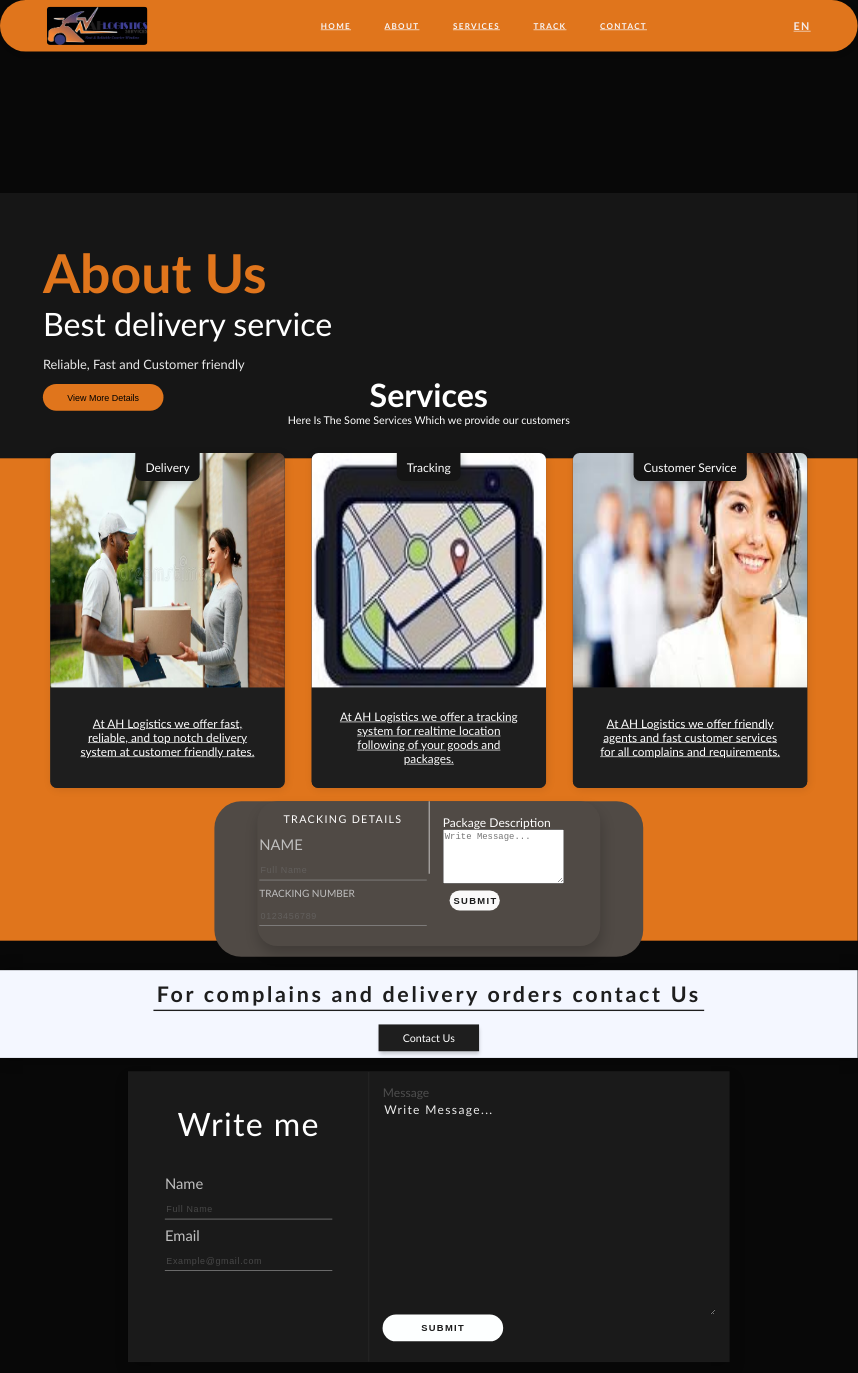
Repository: TheSecretlifeOfX/Ah-Logistics
Page: index.html
These files come from the project's save history. The page is drawn as it stood at one moment and after the next save; the edit follows.
The browser window is 1280 px wide. The pictures show the whole page, at 67% of full size.

Above is the page before, as saved 2022-03-02 16:34:31.

### index.html
<html>
<head>
<meta charset="utf-8">
<meta http-equiv="X-UA-Compatible" content="IE-edge">
<meta name="viewport" content="width=device-width, intial-scale=1.0">
<title>Logistics Website</title>
<link rel="stylesheet" href="./css/home.css">
</head>
<body>
<section id="main">
	<nav>
	<a href="#" class="logo"><img src="images/logo.jpg"></a>
	<div class="toggle"></div>
	<ul class="menu">
	<li class="active"><a href="#main" >Home</a></li>
	<li><a href="#about">About</a></li>
	<li><a href="#services">Services</a></li>
	<li><a href="#Tracking-Form">Track</a></li>
    <li><a href="#contact-form">Contact</a></li>
	</ul>
	<a href="#" class="lang">En</a>
	</nav>
    </section>
</div>
<section id="about">
	<div class="about-text">
	<h1>About Us</h1>
	<h2>Best delivery service</h2>
	<p>Reliable, Fast and Customer friendly</p>
	<button>View More Details</button>
	</div>
</section>
<section id="services">
<div class="s-heading">
<h1>Services</h1>
<p>Here Is The Some Services Which we provide our customers</p>
</div>
<div class="b-container">
<div class="s-box">
<div class="s-b-img">
    <div class="s-type">Delivery</div>
    <img src="images/delivery.jpg">
</div>
<div class="s-b-text">
<a href="#">At AH Logistics we offer fast, reliable, and top notch delivery system at customer friendly rates.</a>
</div>
</div>
<div class="s-box">
<div class="s-b-img">
    <div class="s-type">Tracking</div>
    <img src="images/track.jpg">
</div>
<div class="s-b-text">
<a href="#">At AH Logistics we offer a tracking system for realtime location following of your goods and packages.</a>
</div>
</div>
<div class="s-box">
<div class="s-b-img">
    <div class="s-type">Customer Service</div>
    <img src="images/customer.jpg">
</div>
<div class="s-b-text">
<a href="#">At AH Logistics we offer friendly agents and fast customer services for all complains and requirements.</a>
</div>
</div>
</div>
</div>
<section id="Tracking-Form">
	<form>
	<!--left--------------------------------------->
	<div class="Track-left">
	<h1 class="T-heading">Tracking Details</h1>
	<div class="f-name">
	<font >Name</font>
	<input type="text" placeholder="Full Name"/>
	</div>
	<div class="f-num">
	<font >Tracking Number</font>
	<input type="Number" placeholder="0123456789"/>
	</div>
	</div>
	<div class="Track-right">

	<div class="Description">
	<font >Package Description</font>
	<textarea name="message" rows="5" cols="20" placeholder="Write Message..."></textarea>
	<button>Submit</button>
	</div>
	</form>
	</section>
<section id="contact-btn">
	<h1 class="c-b-heading">For complains and delivery orders contact Us</h1>
		<button >Contact Us</button>
	</section>
<!--contact-form------------------->
<section id="contact-form">
<form>
<!--left--------------------------------------->
<div class="contact-left">
<h1 class="c-l-heading">Write me</h1>
<div class="f-name">
<font >Name</font>
<input type="text" placeholder="Full Name"/>
</div>
<div class="f-email">
<font >Email</font>
<input type="email" placeholder="Example@gmail.com"/>
</div>
</div>
<div class="contact-right">

<div class="message">
<font >Message</font>
<textarea name="message" rows="5" cols="20" placeholder="Write Message..."></textarea>
<button>Submit</button>
</div>
</form>
</section>
</section>
</body>
</html>

### css/home.css
body{
	margin:0px;
	padding:0px;
	background-color: #080808;
	background-size: 100%;
	min-height: 100vh;
	}
	#main{
		width:100%;
		height: 40vh;
		}
		nav{
			display:flex;
			justify-content: space-between;
			align-items: center;
			text-transform: uppercase;
			font-weight: 600;
			letter-spacing: 2px;
			font-family: calibri;
			top: 0;
			left: 10px;
			width:100%;
			box-sizing: border-box;
			padding: 5px 70px;
			background-color:#e0751c;
			box-shadow:2px 2px 12px rgba(0,0,0,0.05);
			z-index: 1;
			border-radius: 50px;
			}
			.menu{
			display: flex;

			}
			.menu li a{
			padding: 10px 25px;
			color:#f8f8fa;
			font-size: 12px;
			display:inline-block;
			}
			li{display:inline-block}
			.lang{
			color:#f3ecec;
			}
			.logo > img {
				width: 100%;
				height: 100%;
				max-width: 150px;
				display: flex;
				justify-content: center;
				align-items: center;
				text-align: center;
				margin-left: 0px;
				border-radius: 5px;
				 }
			.toggle{
			display: none;
			}
			.menu li a:hover{
			background-color:#292929;
			color:#FFF!important;
			font-weight: bold;
			transition: all ease 0.4s;
			}
			.lang:hover{
				background-color:#292929;
			color:#FFF!important;
			font-weight: bold;
			transition: all ease 0.4s;
			}
			#about{
				width:100%;
				height: 55vh;
				background-color:#161616;
				box-sizing: border-box;
				display: flex;
				align-items: center;
				justify-content: space-between;
				padding: 0px 5% 0px 5%;
			}
			.about-text{
				font-family: calibri;
				width: 50%;
			}
			.about-text h1{
				font-size: 5rem;
				color:#e0751c;
			}
			.about-text h2{
				font-size: 3rem;
				color:#FFFFFF;
				font-weight: 400;
			}
			.about-text h1,h2{
				margin: 0px;
				padding: 0px;
			}
			.about-text p{
				font-size: 1.2rem;
				color:rgba(255,255,255,0.90);

			}
			.about-text button{
				width: 180px;
				height: 40px;
				border-radius: 20px;
				border: none;
				outline: none;
				background-color:#e0751c;
			}
			.about-text button:hover{
				background-color: #FFFFFF;
				transition: all ease 0.3s;
			}
			#services{
				width:100%;
			height:100vh;
			box-sizing: border-box;
			font-family: calibri;
			display: flex;
			flex-direction: column;
			align-items: center;
			justify-content: center;
			padding-top: 500px ;
			background-color:#e0751c;
		}

		.s-heading h1{
			color:#FFFFFF;
			font-size: 3rem;
			margin: 0px;
			padding: 0px;

		}
		.s-heading p{
			color:rgb(255, 255, 255);
			font-size: 1rem;
			margin: 0px;
			padding: 0px;
		}
		.s-heading{
			text-align: center;
			margin: 20px 0px;
		}
		.s-box{
			background-color: #2B2B2B;
			width:350px;
			height: 500px;
			margin: 20px;
			border-radius: 10px;
			overflow: hidden;
			box-shadow: 2px 2px 12px rgba(0,0,0,0.1);
			position: relative;
		}
		.b-container{
			display: flex;
			justify-content: center;
			align-content: center;


		}
		.s-b-img{
			width: 100%;
			height: 70%;

		}
		.s-b-img img{
			width:100%;
			height: 100%;

		}
		.s-b-text{
			width: 100%;
			height: 30%;
			background-color:#1E1E1E;
			display:flex;
			justify-content: center;
			align-items: center;
			text-align: center;
		}
		.s-b-text a{
			margin: 0px;
			color:#FFFFFF;
			font-size: 1.1rem;
			font-family: calibri;
			display: block;
			display: -webkit-box;
			max-width: 80%;
			-webkit-line-clamp: 4;
			-webkit-box-orient: vertical;
			overflow: hidden;
			text-overflow: ellipsis;
		}
		.s-b-text a:hover{
			color:rgba(255,255,255,0.50)
		}
		.s-type{
			font-family: calibri;
			color:#FFFFFF;
			background-color: #151515;
			padding: 10px 15px;
			position: absolute;
			top: 0px;
			left: 50%;
			transform: translateX(-50%);
			font-size: 18px;
			border-radius: 0px 0px 10px 10px;
			box-shadow: 2px 2px 12px rgba(0,0,0,0.2);
		}
		.s-box:hover{
			transform:translateY(-10px);
			transition: all ease 0.3s;

		}
		#Tracking-Form{
			width: 50%;
			height: 100vh;
			display: flex;
			justify-content: center;
			align-items: center;
			background-color:#504a45;
			border-radius: 40px;
		}
		#Tracking-Form form{
			display: flex;
			width: 80%;
			height: 30vh;
			background-color: #504a45;
			box-shadow: 2px 12px 20px rgba(0,0,0,0.2);
			border-radius: 30px
		}
		.Track-left{
			width: 80%;
			height: 50%;
			display: flex;
			flex-direction: column;
			align-items: center;
			text-transform: uppercase;
		}
		.Track-right{
			width: 80%;
			height: 50%;
			box-sizing: border-box;
			display: flex;
			flex-direction: column;
			justify-content: space-between;
			border-left: 1px solid rgba(255, 255, 255, 0.979);
		}
		.Track-right button{
			width: 35%;
			height: 30px;
			background-color: #faf9f9;
			font-weight: bold;
			outline: none;
			border: none;
			margin: 10px;
			color:#1B1B1B;
			font-size: 14px;
			text-transform: uppercase;
			letter-spacing: 2px;
			border-radius: 40px;
		}
		.Track-right button:hover{
			background-color: #e0751c;
			transition: all ease 0.3s;
		  }

		.T-Heading{
			font-family: calibri;
			color:#fffefe;
			font-size: 1rem;
			letter-spacing: 2px;
			font-weight: 400;
		}
		.f-name,.f-num{
			display: flex;
			flex-direction: column;
			font-family: calibri;
		}
		.f-name font,.f-num font{
			color:#BFBFBF;
			font-size: 15px;
		}
		.f-name input,.f-num input{
			height: 30px;
			width:250px;
			border: none;
			outline: none;
			background-color:transparent;
			border-bottom: 1px solid #929292;
			color:#FFFFFF;
			margin: 10px 0px;
		}
		.f-num input::placeholder,
		.f-name input::placeholder{
			opacity: 0.5;
			letter-spacing: 1px;
		}
		.f-num input:focus,
		.f-num input:focus{
			border-bottom: 1px solid #0d0e0d;
			transition: all ease 0.5s;
		}.Description font{
			font-size: 18px;
			color:#ffffff;
			font-family: calibri;

		}
		.Description{
			margin: 20px;
		}
		#contact-btn{
			width: 100%;
			display: flex;
			flex-direction: column;
			justify-content:center;
			align-items: center;
			height: 200px;
			background-color: #F4F7FF;
			margin: 20px 0px;
			box-sizing: border-box;
			box-shadow:2px 0px 20px rgba(0,0,0,0.4);
		}
		.c-b-heading{
			font-size: 2rem;
			color:#1E1E1E;
			font-family: calibri;
			margin: 10px;
			padding: 5px;
			letter-spacing: 4px;
			border-bottom: 2px solid #1E1E1E;

		}
		#contact-btn button{
			color:#FFFFFF;
			font-size: 1rem;
			font-family: calibri;
			width:150px;
			height: 40px;
			margin: 10px;
			background-color: #1E1E1E;
			border: none;
			outline: none;
			box-shadow: 2px 5px 6px rgba(0,0,0,0.2);
		}
		#contact-btn button:hover{
			background-color: #e0751c;
			color:#000000;
			transition: all ease 0.5s;
			font-weight: bold;
		}
		#contact-form{
			width: 100%;
			height: 90vh;
			display: flex;
			justify-content: center;
			align-items: center;

		}
		#contact-form form{
			display: flex;
			width: 70%;
			height: 60vh;
			background-color: #1A1A1A;
			box-shadow: 2px 12px 20px rgba(0,0,0,0.2);
			border: 1px solid rgba(255,255,255,0.01)
		}

		.contact-left{
			width: 40%;
			height: 100%;
			display: flex;
			flex-direction: column;
			align-items: center;
		}
		.contact-right{
			width: 60%;
			height: 100%;
			box-sizing: border-box;
			display: flex;
			flex-direction: column;
			justify-content: space-between;
			border-left: 1px solid rgba(255,255,255,0.08);
		}
		.contact-right button{
			width: 100%;
			height: 50px;
			background-color: #fcfaf9;
			font-weight: bold;
			outline: none;
			border: none;
			margin: 0px;
			color:#1B1B1B;
			font-size: 14px;
			text-transform: uppercase;
			letter-spacing: 2px;
		}
			.contact-right button:hover{
				background-color: #e0751c;
				transition: all ease 0.3s;
			  }

		.c-l-heading{
			font-family: calibri;
			color:#FFFFFF;
			font-size: 3rem;
			letter-spacing: 2px;
			font-weight: 400;

		}
		.f-name,.f-email{
			display: flex;
			flex-direction: column;
			font-family: calibri;

		}
		.f-name font,.f-email font{
			color:#BFBFBF;
			font-size: 22px;
		}
		.f-name input,.f-email input{
			height: 30px;
			width:250px;
			border: none;
			outline: none;
			background-color:transparent;
			border-bottom: 1px solid #929292;
			color:#FFFFFF;
			margin: 10px 0px;
		}
		.f-email input::placeholder,
		.f-name input::placeholder{
			opacity: 0.5;
			letter-spacing: 1px;
		}
		.f-email input:focus,
		.f-name input:focus{
			border-bottom: 1px solid #0d0e0d;
			transition: all ease 0.5s;
		}.message font{
			font-size: 18px;
			color:#4E4E4E;
			font-family: calibri;

		}
		.message{
			margin: 20px;
		}
		.contact-right textarea{
			width: 100% !important;
			height: 320px !important;
			border: none;
			outline: none;
			background-color:transparent;
			box-sizing: border-box;
			color:#EBEBEB;
			font-size: 16px;
		}
		.contact-right textarea::placeholder{
			color:#EBEBEB;
			font-size: 18px;
			letter-spacing: 2px;
			font-family: calibri;
		}
		.contact-right button:active{
			transform: scale(1.04);
			transition: all ease 0.1s;
		}
		.message button{
			width: 180px;
			height: 40px;
			border-radius: 20px;
			border: none;
			outline: none;
			background-color:#fdffff;
		}
		  .message button:hover{
			background-color: #e0751c;
			transition: all ease 0.3s;
		  }

After the next save:
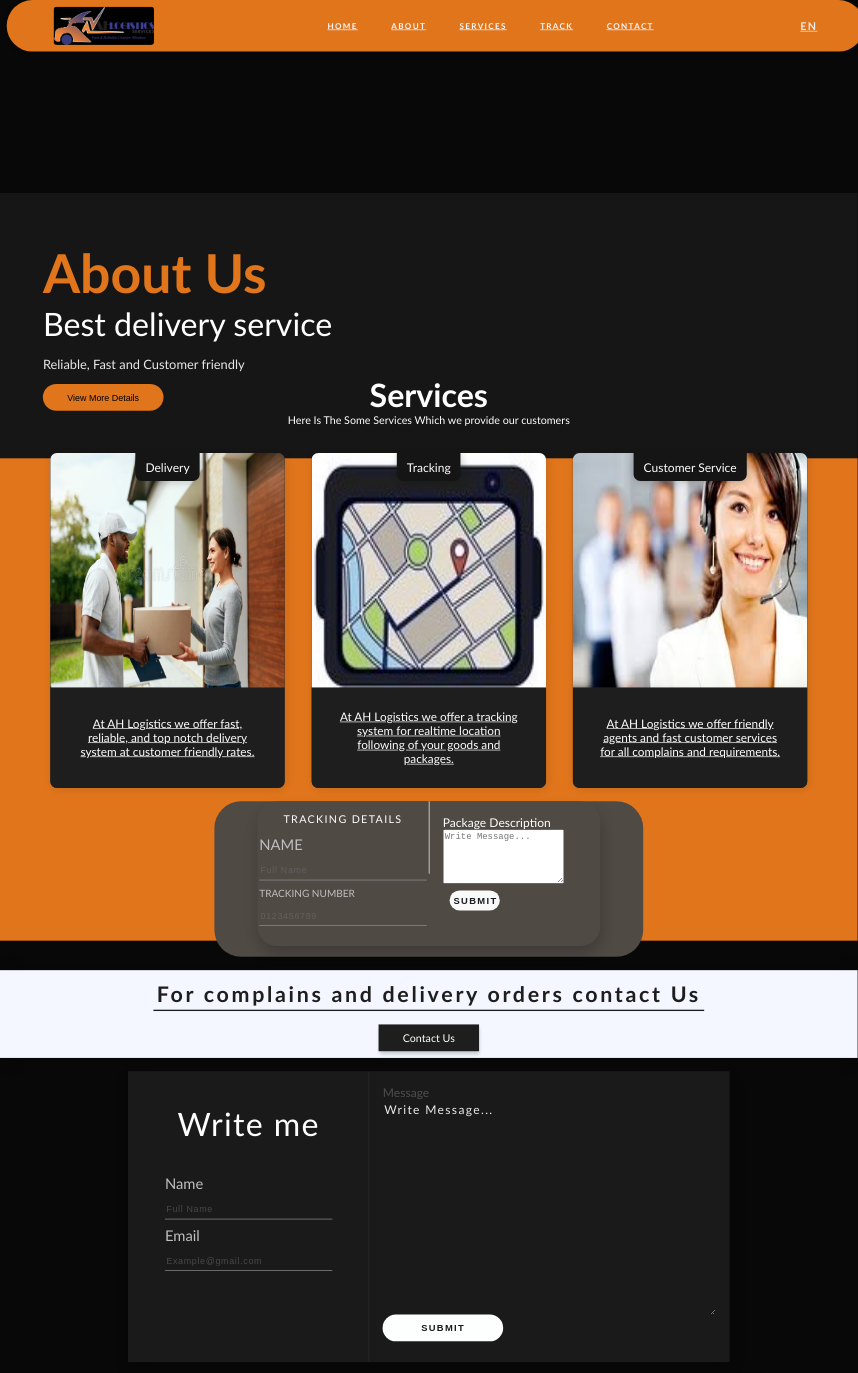
Saved 17 min 32 s later.
--- a/css/home.css
+++ b/css/home.css
@@ -26,6 +26,7 @@ body{
 			box-shadow:2px 2px 12px rgba(0,0,0,0.05);
 			z-index: 1;
 			border-radius: 50px;
+			position:absolute
 			}
 			.menu{
 			display: flex;
